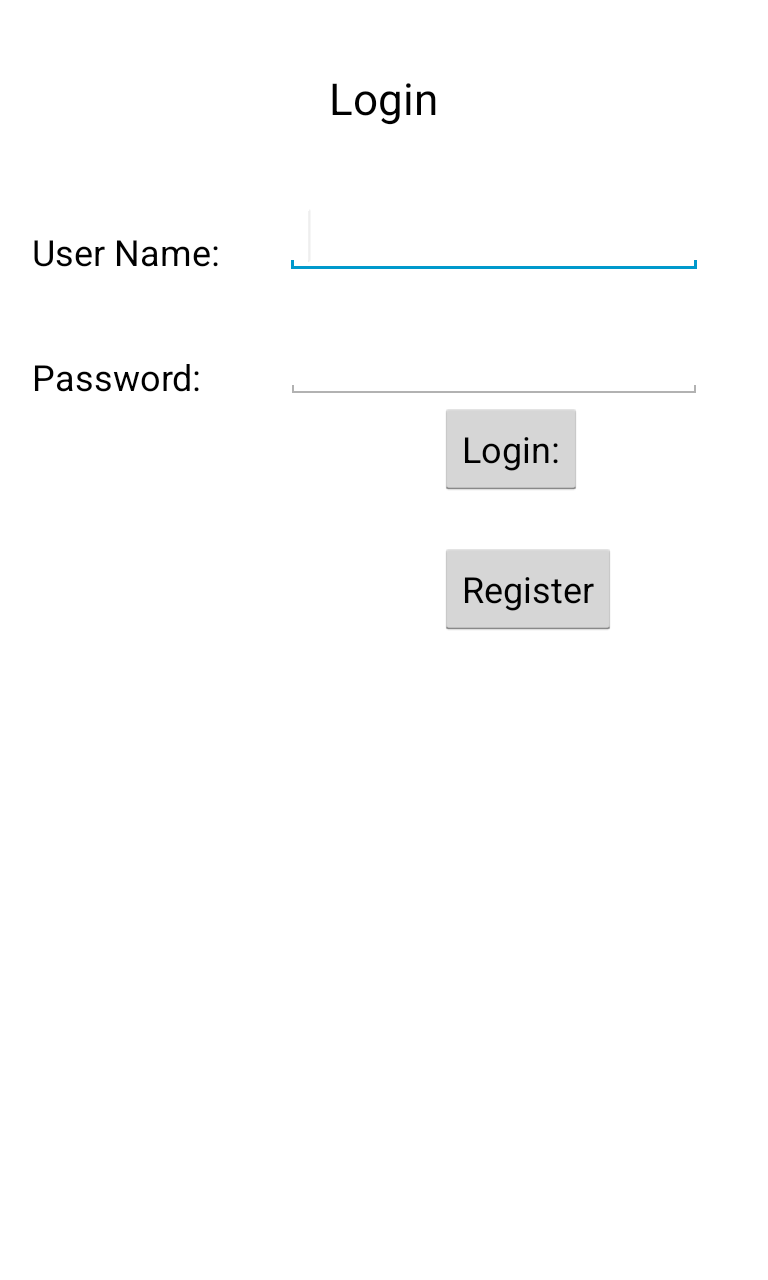
Repository: chrisberry/WebAPIWithAndroidUI
Layout: PeopleAPIAndroid/PeopleAPI/res/layout/login_main.xml
The author's editor kept a copy of each file at every save. The layout is drawn from the files as they stood at one save, then again after the next save.
It is drawn on a 768 x 1280 px phone screen (xhdpi) without system bars, with theme AppTheme; the app's code is not run.

Above is the layout before, as saved 2014-02-11 18:00:52.

### PeopleAPIAndroid/PeopleAPI/res/layout/login_main.xml
<RelativeLayout xmlns:android="http://schemas.android.com/apk/res/android"
    xmlns:tools="http://schemas.android.com/tools"
    android:layout_width="match_parent"
    android:layout_height="match_parent"
    android:paddingBottom="@dimen/activity_vertical_margin"
    android:paddingLeft="@dimen/activity_horizontal_margin"
    android:paddingRight="@dimen/activity_horizontal_margin"
    android:paddingTop="@dimen/activity_vertical_margin"
    tools:context=".LoginMainActivity" >
    <TextView
      android:id="@+id/textView1"
      android:layout_width="wrap_content"
      android:layout_height="wrap_content"
      android:layout_alignParentTop="true"
      android:layout_centerHorizontal="true"
      android:layout_marginTop="18dp"
      android:text="@string/login_tile"
      android:textAppearance="?android:attr/textAppearanceLarge" />

   <TextView
      android:id="@+id/textView2"
      android:layout_width="wrap_content"
      android:layout_height="wrap_content"
      android:layout_alignParentLeft="true"
      android:layout_below="@+id/textView1"
      android:layout_marginTop="50dp"
      android:text="@string/username"
      android:textAppearance="?android:attr/textAppearanceMedium" />

   <EditText
      android:id="@+id/editText1"
      android:layout_width="wrap_content"
      android:layout_height="wrap_content"
      android:layout_alignBottom="@+id/textView2"
      android:layout_marginLeft="32dp"
      android:layout_toRightOf="@+id/textView2"
      android:ems="10" >

      <requestFocus />
   </EditText>

   <TextView
      android:id="@+id/textView3"
      android:layout_width="wrap_content"
      android:layout_height="wrap_content"
      android:layout_alignLeft="@+id/textView2"
      android:layout_below="@+id/textView2"
      android:layout_marginTop="38dp"
      android:text="@string/password"
      android:textAppearance="?android:attr/textAppearanceMedium" />

   <EditText
      android:id="@+id/editText2"
      android:layout_width="wrap_content"
      android:layout_height="wrap_content"
      android:layout_alignBottom="@+id/textView3"
      android:layout_alignLeft="@+id/editText1"
      android:ems="10"
      android:inputType="textPassword" />

    <Button
        android:id="@+id/button1"
        android:layout_width="wrap_content"
        android:layout_height="wrap_content"
        android:layout_below="@+id/editText2"
        android:layout_toRightOf="@+id/textView1"
        android:onClick="login"
        android:text="@string/login" />

    <Button
        android:layout_width="wrap_content"
        android:layout_height="wrap_content"
        android:layout_below="@+id/button1"
        android:layout_marginTop="22dp"
        android:layout_toRightOf="@+id/textView1"
        android:onClick="showRegister"
        android:text="@string/register_tile" />

</RelativeLayout>

### PeopleAPIAndroid/PeopleAPI/res/values/strings.xml
<?xml version="1.0" encoding="utf-8"?>
<resources>
    <string name="app_name">People API</string>
    <string name="action_settings">Settings</string>
    <string name="hello_world">Hello world!</string>
    <string name="login_tile">Login</string>
    <string name="register_tile">Register</string>
    <string name="password">Password:</string>
    <string name="login">Login:</string>
    <string name="username">User Name:</string>
</resources>

Loaded but not shown: PeopleAPIAndroid/PeopleAPI/res/values/styles.xml (common file); PeopleAPIAndroid/PeopleAPI/res/values-v11/styles.xml (common file); PeopleAPIAndroid/PeopleAPI/res/values-v14/styles.xml (common file); PeopleAPIAndroid/PeopleAPI/res/values/dimens.xml (common file)

After the next save:
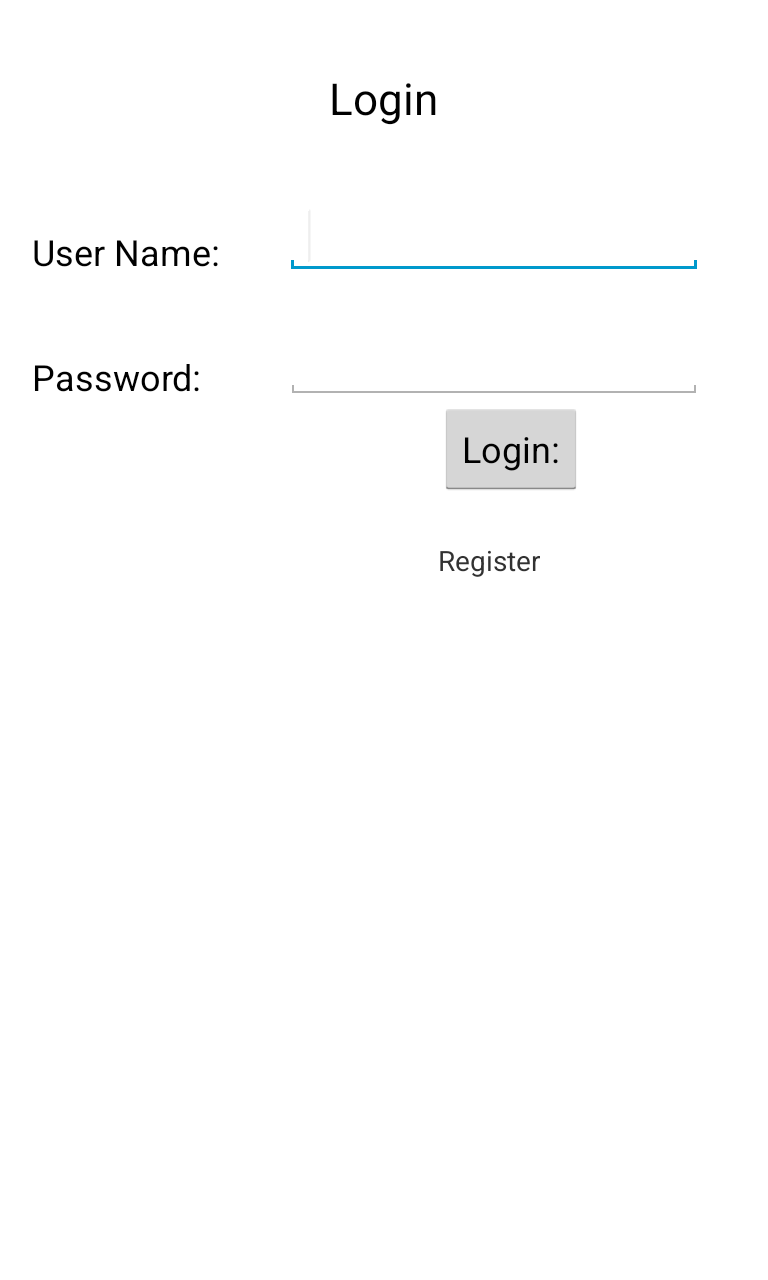
Saved 25 s later.
--- a/PeopleAPIAndroid/PeopleAPI/res/layout/login_main.xml
+++ b/PeopleAPIAndroid/PeopleAPI/res/layout/login_main.xml
@@ -67,7 +67,7 @@
         android:onClick="login"
         android:text="@string/login" />
 
-    <Button
+    <TextView
         android:layout_width="wrap_content"
         android:layout_height="wrap_content"
         android:layout_below="@+id/button1"
